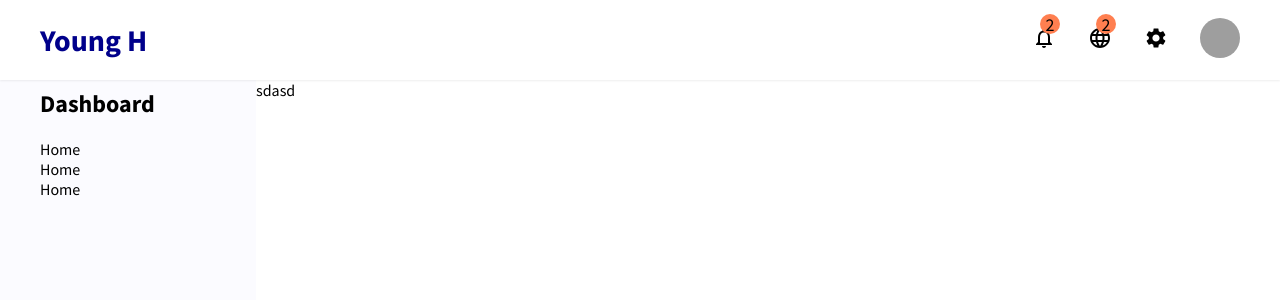
Repository: noname20011/admin
Page: /
An editor plug-in stored every save of this project. The page is shown before and after the next save, followed by the edit.
The browser window is 1280 px wide. The pictures show the whole page.
Pictures or frames that could not be fetched are drawn as grey boxes. The project was rebuilt for these pictures with package versions that can differ from the ones it lists, and the page was loaded fresh each time.

Above is the page before, as saved 2021-11-13 09:43:35.

### public/index.html
<!DOCTYPE html>
<html lang="en">
  <head>
    <meta charset="utf-8" />
    <link rel="icon" href="%PUBLIC_URL%/favicon.ico" />
    <meta name="viewport" content="width=device-width, initial-scale=1" />
    <meta name="theme-color" content="#000000" />
    <meta
      name="description"
      content="Web site created using create-react-app"
    />
    <!-- GOOGLE FONTS -->
    <link href="https://fonts.googleapis.com/css2?family=Source+Sans+Pro:wght@200;300;400;600;700;900&display=swap" rel="stylesheet">
    <style>
      * {
        font-family: 'Source Sans Pro', sans-serif;
        padding: 0;
        margin: 0;
      }
    </style>
    <title>React Admin App</title>
  </head>
  <body>
    <div id="root"></div>
  </body>
</html>

### src/App.js
import Topbar from "./comopnents/topbar/Topbar";
import Sidebar from "./comopnents/sidebar/Sidebar";
import './app.css'
function App() {
  return (
    <div>
      <Topbar/>
      <div className="container">
        <Sidebar/>
        <div className="other">
          sdasd
        </div>
      </div>
    </div>
  );
}

export default App;

### src/comopnents/topbar/Topbar.jsx
import React from 'react'
import './topbar.css'

import { Language, NotificationsNone, Settings  } from '@material-ui/icons'

export default function Topbar() {
    return (
        <div className="topbar">
            <div className="topbarWrapper">
                <div className="topLeft">
                    <div className="logo">Young H</div>
                </div>
                <div className="topRight">
                    <div className="topbarIconContainer">
                        <NotificationsNone/>
                        <div className="topIconsBadge">2</div>
                    </div>
                    <div className="topbarIconContainer">
                        <Language/>
                        <div className="topIconsBadge">2</div>
                    </div>
                    <div className="topbarIconContainer">
                        <Settings/>
                    </div>
                    <div>
                        <img src="https://images.pexels.com/photos/1526814/pexels-photo-1526814.jpeg?auto=compress&cs=tinysrgb&dpr=2&w=500" alt="admin" className="topAvatar"/>
                    </div>
                </div>
            </div>
        </div>
    )
}

### src/comopnents/sidebar/Sidebar.jsx
import React from 'react'
import "./sidebar.css"
export default function Sidebar() {
    return (
        <div className="sidebar">
            <div className="sidebarWrapper">
                <h2 className="sidebarTitle">Dashboard</h2>
                <ul className="sidebarLists">
                    <li className="sidebarListItem">
                        Home
                    </li>
                    <li className="sidebarListItem">
                        Home
                    </li>
                    <li className="sidebarListItem">
                        Home
                    </li>
                </ul>
            </div>
        </div>
    )
}

### src/app.css
ul, li {
    list-style: none;
}

a {
    text-decoration: none;
}

.container {
    display: flex;
}

.other {
    flex: 4;
}

### src/comopnents/topbar/topbar.css
.topbar {
    width: 100%;
    height: 80px;
    background: #fff;
    box-shadow: 0 .5px 2px rgba(0, 0, 0, 0.07);

    position: sticky;
    top: 0;
    z-index: 1000;
}

.topbarWrapper {
    height: 100%;
    padding: 0 40px;
    display: flex;
    justify-content: space-between;
    align-items: center;
}

.logo {
    font-weight: bold;
    font-size: 30px;
    color: darkblue;
    cursor: pointer;
}

.topRight {
    display: flex;
    align-items: center;
    column-gap: 2rem;
}
.topbarIconContainer {
    position: relative;
    cursor: pointer;
}

.topIconsBadge {
    font-size: 18px;
    position: absolute;
    top: -12px;
    right: -4px;

    width: 20px;
    height: 20px;
    background-color: coral;
    border-radius: 50%;

    display: flex;
    place-content: center;
    place-items: center;
}

.topAvatar {
    width: 40px;
    height: 40px;
    object-fit: cover;
    border-radius: 50%;
}

### src/comopnents/sidebar/sidebar.css
.sidebar {
    flex: 1;
    background-color: rgb(251, 251, 255);
    position: sticky;
    top: 80px;
    height: calc(100vh - 80px);
}

.sidebarWrapper {
    padding: 8px 4px 0 40px;
}

.sidebarTitle {
    margin-bottom: 20px;
}

Loaded but not shown: src/index.js (common file)

After the next save:
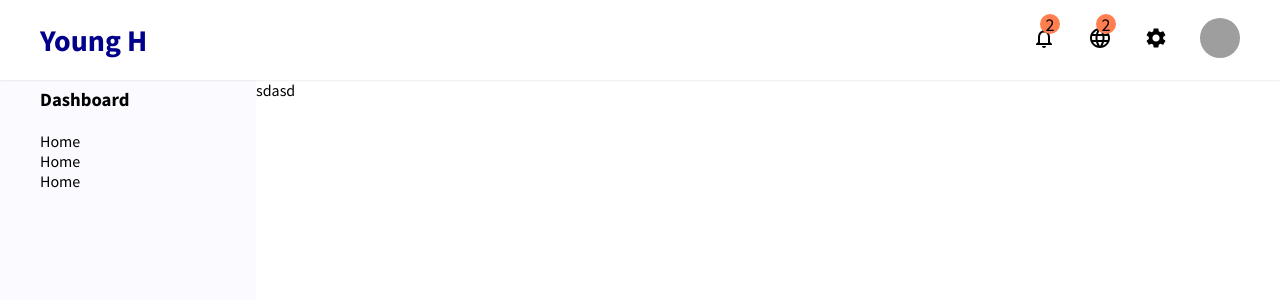
Saved 30 s later.
--- a/src/comopnents/sidebar/Sidebar.jsx
+++ b/src/comopnents/sidebar/Sidebar.jsx
@@ -4,7 +4,7 @@ export default function Sidebar() {
     return (
         <div className="sidebar">
             <div className="sidebarWrapper">
-                <h2 className="sidebarTitle">Dashboard</h2>
+                <h3 className="sidebarTitle">Dashboard</h3>
                 <ul className="sidebarLists">
                     <li className="sidebarListItem">
                         Home
